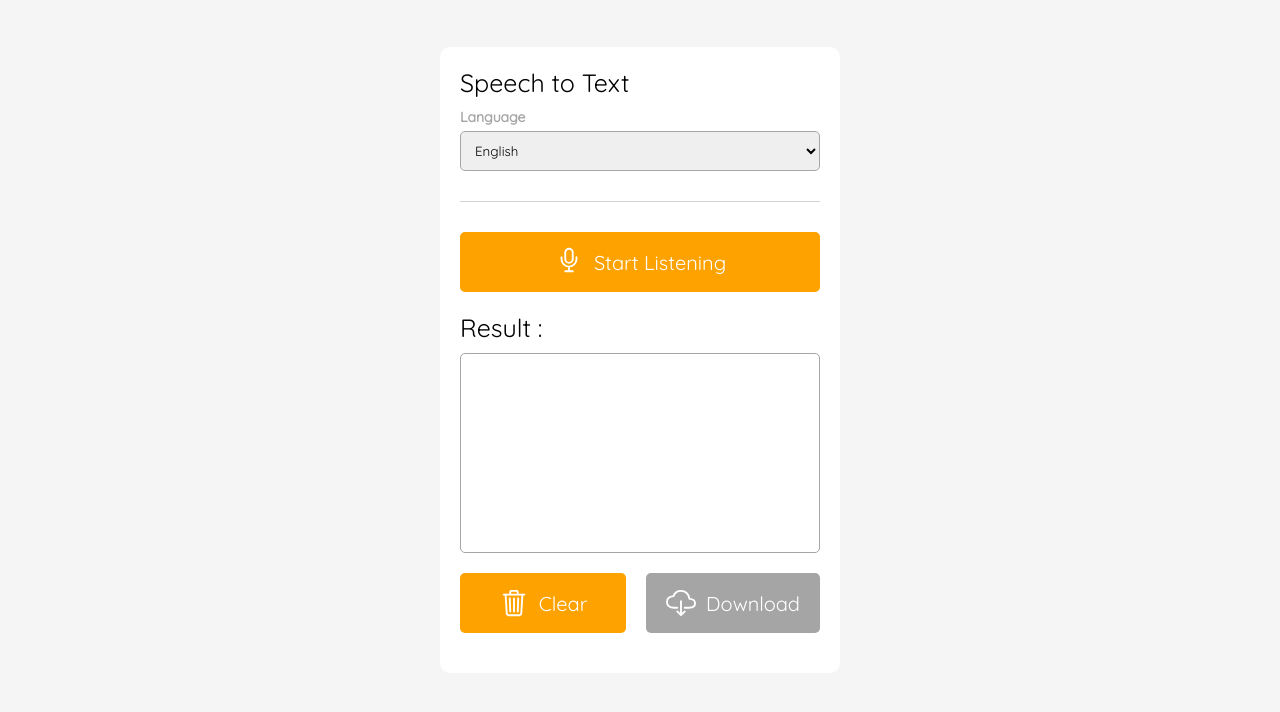
Repository: tsthuy/SpeechToText
Page: index.html
The author's editor kept a copy of each file at every save. The page is drawn from the files as they stood at one save, then again after the next save.
The browser window is 1280 px wide. The pictures show the whole page.

Above is the page before, as saved 2023-08-28 03:12:33.

### index.html
<!DOCTYPE html>
<html lang="en">
  <head>
    <meta charset="UTF-8" />
    <meta http-equiv="X-UA-Compatible" content="IE=edge" />
    <meta name="viewport" content="width=device-width, initial-scale=1.0" />
    <link href="./images/text-to-speech.png" rel="shortcut icon" type="image/vnd.microsoft.icon" />
    <link rel="stylesheet" href="style.css" />
    <link href='https://fonts.googleapis.com/css?family=Quicksand' rel='stylesheet'>
    <title>Speech to Text</title>
  </head>
  <body>
    <div class="container">
      <p class="heading">Speech to Text</p>
      <div class="options">
        <div class="anguage">
          <p>Language</p>
          <select name="input-language" id="language"></select>
        </div>
      </div>
      <div class="line"></div>
      <button class="btn record">
        <div class="icon">
          <ion-icon name="mic-outline"></ion-icon>
          <img src="record.svg" alt="" />
        </div>
        <p>Start Listening</p>
      </button>
      <p class="heading">Result :</p>
      <div
        class="result"
        spellcheck="false"
        placeholder="Text will be shown here"
      >
        <p class="interim"></p>
      </div>
      <div class="buttons">
        <button class="btn clear">
          <ion-icon name="trash-outline"></ion-icon>
          <p>Clear</p>
        </button>
        <button class="btn download" disabled>
          <ion-icon name="cloud-download-outline"></ion-icon>
          <p>Download</p>
        </button>
      </div>
    </div>

    <!-- IONICONS -->
    <script
      type="module"
      src="https://unpkg.com/ionicons@5.5.2/dist/ionicons/ionicons.esm.js"
    ></script>
    <script
      nomodule
      src="https://unpkg.com/ionicons@5.5.2/dist/ionicons/ionicons.js"
    ></script>

    <!-- LANGUAGES -->
    <script src="languages.js"></script>

    <!-- SCRIPT -->
    <script src="script.js"></script>
  </body>
</html>

### style.css

:root {
  --primary-color: #FEA200;
  --bg-color: #fff;
  --text-color: #000;
  --light-text-color: #a5a5a5;
  --body-bg-color: #f5f5f5;
}
* {
  margin: 0;
  padding: 0;
  box-sizing: border-box;
  font-family: "Quicksand", sans-serif;
}
body {
  min-height: 100vh;
  display: flex;
  align-items: center;
  justify-content: center;
  background-color: var(--body-bg-color);
  color: var(--text-color);
}
.container {
  width: 400px;
  padding: 20px;
  border-radius: 10px;
  background-color: var(--bg-color);
}
.container .heading {
  font-size: 25px;
  font-weight: 500;
  margin-bottom: 10px;
}
.container .options select {
  width: 100%;
  padding: 10px;
  border: 1px solid var(--light-text-color);
  border-radius: 5px;
  outline: none;
}
.container .options div:not(:last-child) select {
  margin-bottom: 20px;
}

.container .options p {
  font-size: 14px;
  font-weight: 600;
  margin-bottom: 5px;
  color: var(--light-text-color);
}
.container .line {
  position: relative;
  width: 100%;
  height: 1px;
  background-color: var(--light-text-color);
  opacity: 0.5;
  margin: 30px 0;
}
.btn {
  display: flex;
  align-items: center;
  justify-content: center;
  gap: 10px;
  margin-bottom: 20px;
  height: 60px;
  padding: 20px;
  width: 100%;
  outline: none;
  border: none;
  border-radius: 5px;
  font-size: 20px;
  font-weight: 500;
  cursor: pointer;
  color: #fff;
  background-color: var(--primary-color);
}
.btn ion-icon {
  font-size: 30px;
}
.btn:disabled {
  background-color: var(--light-text-color);
  cursor: not-allowed;
}
.container .record img {
  width: 30px;
  height: 30px;
  display: none;
}
.container .record.recording img {
  display: block;
}
.container .record.recording ion-icon {
  display: none;
}
.container .result {
  width: 100%;
  min-height: 200px;
  padding: 10px;
  border: 1px solid var(--light-text-color);
  border-radius: 5px;
  font-size: 18px;
  font-weight: 500;
  margin-bottom: 20px;
  color: var(--text-color);
}
.container .result p {
  display: inline;
  margin-left: 3px;
  color: var(--light-text-color);
}
.buttons {
  display: flex;
  gap: 20px;
}

### languages.js
const languages = [
  {
    no: "16",
    name: "English",
    native: "English",
    code: "en",
  },
  {
    no: "1",
    name: "Afrikaans",
    native: "Afrikaans",
    code: "af",
  },
  {
    no: "2",
    name: "Albanian",
    native: "Shqip",
    code: "sq",
  },
  {
    no: "3",
    name: "Arabic",
    native: "عربي",
    code: "ar",
  },
  {
    no: "4",
    name: "Armenian",
    native: "Հայերէն",
    code: "hy",
  },
  {
    no: "5",
    name: "Azerbaijani",
    native: "آذربایجان دیلی",
    code: "az",
  },
  {
    no: "6",
    name: "Basque",
    native: "Euskara",
    code: "eu",
  },
  {
    no: "7",
    name: "Belarusian",
    native: "Беларуская",
    code: "be",
  },
  {
    no: "8",
    name: "Bulgarian",
    native: "Български",
    code: "bg",
  },
  {
    no: "9",
    name: "Catalan",
    native: "Català",
    code: "ca",
  },
  {
    no: "10",
    name: "Chinese (Simplified)",
    native: "中文简体",
    code: "zh-CN",
  },
  {
    no: "11",
    name: "Chinese (Traditional)",
    native: "中文繁體",
    code: "zh-TW",
  },
  {
    no: "12",
    name: "Croatian",
    native: "Hrvatski",
    code: "hr",
  },
  {
    no: "13",
    name: "Czech",
    native: "Čeština",
    code: "cs",
  },
  {
    no: "14",
    name: "Danish",
    native: "Dansk",
    code: "da",
  },
  {
    no: "15",
    name: "Dutch",
    native: "Nederlands",
    code: "nl",
  },
  {
    no: "17",
    name: "Estonian",
    native: "Eesti keel",
    code: "et",
  },
  {
    no: "18",
    name: "Filipino",
    native: "Filipino",
    code: "tl",
  },
  {
    no: "19",
    name: "Finnish",
    native: "Suomi",
    code: "fi",
  },
  {
    no: "20",
    name: "French",
    native: "Français",
    code: "fr",
  },
  {
    no: "21",
    name: "Galician",
    native: "Galego",
    code: "gl",
  },
  {
    no: "22",
    name: "Georgian",
    native: "ქართული",
    code: "ka",
  },
  {
    no: "23",
    name: "German",
    native: "Deutsch",
    code: "de",
  },
  {
    no: "24",
    name: "Greek",
    native: "Ελληνικά",
    code: "el",
  },
  {
    no: "25",
    name: "Haitian Creole",
    native: "Kreyòl ayisyen",
    code: "ht",
  },
  {
    no: "26",
    name: "Hebrew",
    native: "עברית",
    code: "iw",
  },
  {
    no: "27",
    name: "Hindi",
    native: "हिन्दी",
    code: "hi",
  },
  {
    no: "28",
    name: "Hungarian",
    native: "Magyar",
    code: "hu",
  },
  {
    no: "29",
    name: "Icelandic",
    native: "Íslenska",
    code: "is",
  },
  {
    no: "30",
    name: "Indonesian",
    native: "Bahasa Indonesia",
    code: "id",
  },
  {
    no: "31",
    name: "Irish",
    native: "Gaeilge",
    code: "ga",
  },
  {
    no: "32",
    name: "Italian",
    native: "Italiano",
    code: "it",
  },
  {
    no: "33",
    name: "Japanese",
    native: "日本語",
    code: "ja",
  },
  {
    no: "34",
    name: "Korean",
    native: "한국어",
    code: "ko",
  },
  {
    no: "35",
    name: "Latvian",
    native: "Latviešu",
    code: "lv",
  },
  {
    no: "36",
    name: "Lithuanian",
    native: "Lietuvių kalba",
    code: "lt",
  },
  {
    no: "37",
    name: "Macedonian",
    native: "Македонски",
    code: "mk",
  },
  {
    no: "38",
    name: "Malay",
    native: "Malay",
    code: "ms",
  },
  {
    no: "39",
    name: "Maltese",
    native: "Malti",
    code: "mt",
  },
  {
    no: "40",
    name: "Norwegian",
    native: "Norsk",
    code: "no",
  },
  {
    no: "41",
    name: "Persian",
    native: "فارسی",
    code: "fa",
  },
  {
    no: "42",
    name: "Polish",
    native: "Polski",
    code: "pl",
  },
  {
    no: "43",
    name: "Portuguese",
    native: "Português",
    code: "pt",
  },
  {
    no: "44",
    name: "Romanian",
    native: "Română",
    code: "ro",
  },
  {
    no: "45",
    name: "Russian",
    native: "Русский",
    code: "ru",
  },
  {
    no: "46",
    name: "Serbian",
    native: "Српски",
    code: "sr",
  },
  {
    no: "47",
    name: "Slovak",
    native: "Slovenčina",
    code: "sk",
  },
  {
    no: "48",
    name: "Slovenian",
    native: "Slovensko",
    code: "sl",
  },
  {
    no: "49",
    name: "Spanish",
    native: "Español",
    code: "es",
  },
  {
    no: "50",
    name: "Swahili",
    native: "Kiswahili",
    code: "sw",
  },
  {
    no: "51",
    name: "Swedish",
    native: "Svenska",
    code: "sv",
  },
  {
    no: "52",
    name: "Thai",
    native: "ไทย",
    code: "th",
  },
  {
    no: "53",
    name: "Turkish",
    native: "Türkçe",
    code: "tr",
  },
  {
    no: "54",
    name: "Ukrainian",
    native: "Українська",
    code: "uk",
  },
  {
    no: "55",
    name: "Urdu",
    native: "اردو",
    code: "ur",
  },
  {
    no: "56",
    name: "Vietnamese",
    native: "Tiếng Việt",
    code: "vi",
  },
  {
    no: "57",
    name: "Welsh",
    native: "Cymraeg",
    code: "cy",
  },
  {
    no: "58",
    name: "Yiddish",
    native: "ייִדיש",
    code: "yi",
  },
];

### script.js
const recordBtn = document.querySelector(".record"),
  result = document.querySelector(".result"),
  downloadBtn = document.querySelector(".download"),
  inputLanguage = document.querySelector("#language"),
  clearBtn = document.querySelector(".clear");

let SpeechRecognition =
    window.SpeechRecognition || window.webkitSpeechRecognition,
  recognition,
  recording = false;

function populateLanguages() {
  languages.forEach((lang) => {
    const option = document.createElement("option");
    option.value = lang.code;
    option.innerHTML = lang.name;
    inputLanguage.appendChild(option);
  });
}

populateLanguages();

function speechToText() {
  try {
    recognition = new SpeechRecognition();
    recognition.lang = inputLanguage.value;
    recognition.interimResults = true;
    recordBtn.classList.add("recording");
    recordBtn.querySelector("p").innerHTML = "Listening...";
    recognition.start();
    recognition.onresult = (event) => {
      const speechResult = event.results[0][0].transcript;
      //detect when intrim results
      if (event.results[0].isFinal) {
        result.innerHTML += " " + speechResult;
        result.querySelector("p").remove();
      } else {
        //creative p with class interim if not already there
        if (!document.querySelector(".interim")) {
          const interim = document.createElement("p");
          interim.classList.add("interim");
          result.appendChild(interim);
        }
        //update the interim p with the speech result
        document.querySelector(".interim").innerHTML = " " + speechResult;
      }
      downloadBtn.disabled = false;
    };
    recognition.onspeechend = () => {
      speechToText();
    };
    recognition.onerror = (event) => {
      stopRecording();
      if (event.error === "no-speech") {
        alert("No speech was detected. Stopping...");
      } else if (event.error === "audio-capture") {
        alert(
          "No microphone was found. Ensure that a microphone is installed."
        );
      } else if (event.error === "not-allowed") {
        alert("Permission to use microphone is blocked.");
      } else if (event.error === "aborted") {
        alert("Listening Stopped.");
      } else {
        alert("Error occurred in recognition: " + event.error);
      }
    };
  } catch (error) {
    recording = false;

    console.log(error);
  }
}

recordBtn.addEventListener("click", () => {
  if (!recording) {
    speechToText();
    recording = true;
  } else {
    stopRecording();
  }
});

function stopRecording() {
  recognition.stop();
  recordBtn.querySelector("p").innerHTML = "Start Listening";
  recordBtn.classList.remove("recording");
  recording = false;
}

function download() {
  const text = result.innerText;
  const filename = "speech.txt";

  const element = document.createElement("a");
  element.setAttribute(
    "href",
    "data:text/plain;charset=utf-8," + encodeURIComponent(text)
  );
  element.setAttribute("download", filename);
  element.style.display = "none";
  document.body.appendChild(element);
  element.click();
  document.body.removeChild(element);
}

downloadBtn.addEventListener("click", download);

clearBtn.addEventListener("click", () => {
  result.innerHTML = "";
  downloadBtn.disabled = true;
});

After the next save:
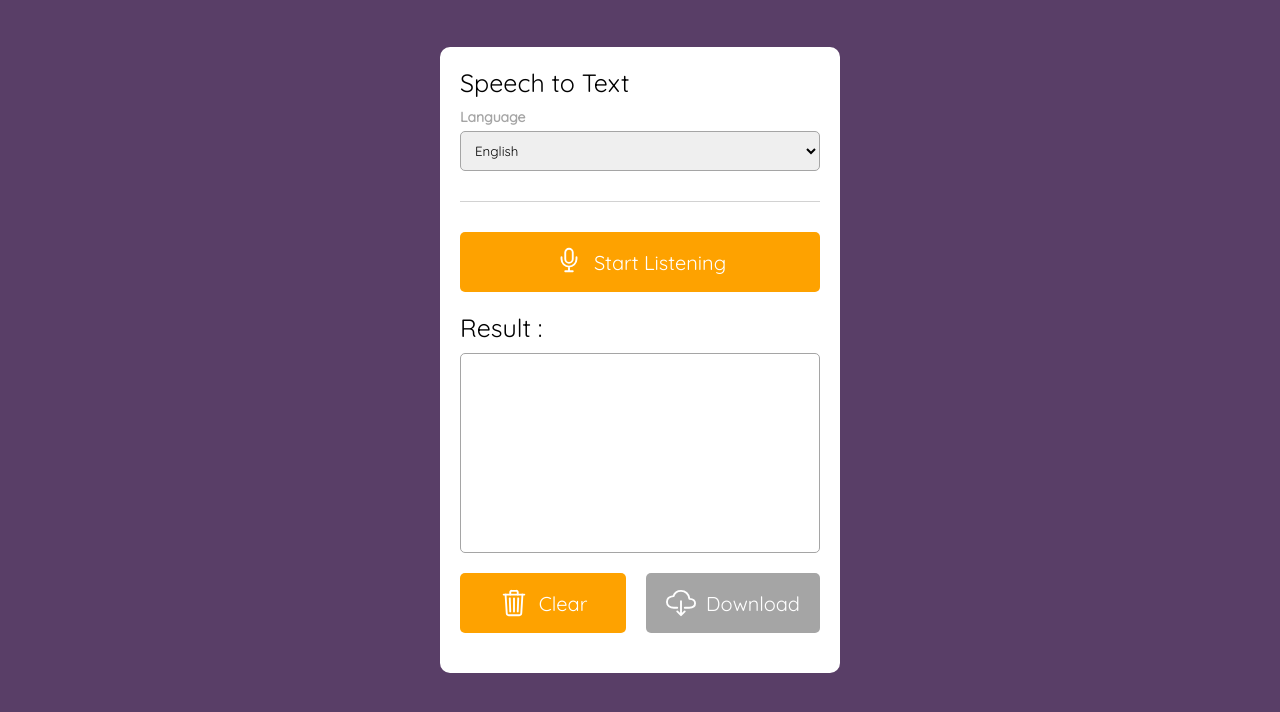
Saved 3 min 55 s later.
--- a/style.css
+++ b/style.css
@@ -4,7 +4,7 @@
   --bg-color: #fff;
   --text-color: #000;
   --light-text-color: #a5a5a5;
-  --body-bg-color: #f5f5f5;
+  --body-bg-color: #593E67;
 }
 * {
   margin: 0;
